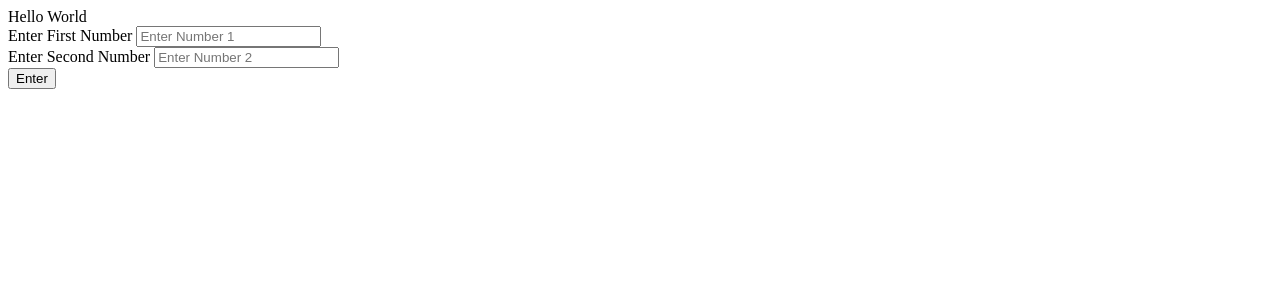
Repository: RashmitTopG/Servlet-and-JSP
Page: DemoApp/src/main/webapp/index.html
These files come from the project's save history. The page is drawn as it stood at one moment and after a run of saves; the edit follows.
The browser window is 1280 px wide. The pictures show the whole page.

Above is the page before, as saved 2025-12-23 16:23:41.

### DemoApp/src/main/webapp/index.html
<!DOCTYPE html>
<html>
<head>
<meta charset="UTF-8">
<title>Insert title here</title>
</head>
<body>
	<div>Hello World </div>
	<form action = "add">

	Enter First Number <input type = "text" placeholder = "Enter Number 1"><br>
	Enter Second Number <input type = "text" placeholder = "Enter Number 2"><br>
	<button type ="submit">Enter</button>
	</form>
</body>
</html>

After the next 2 saves:
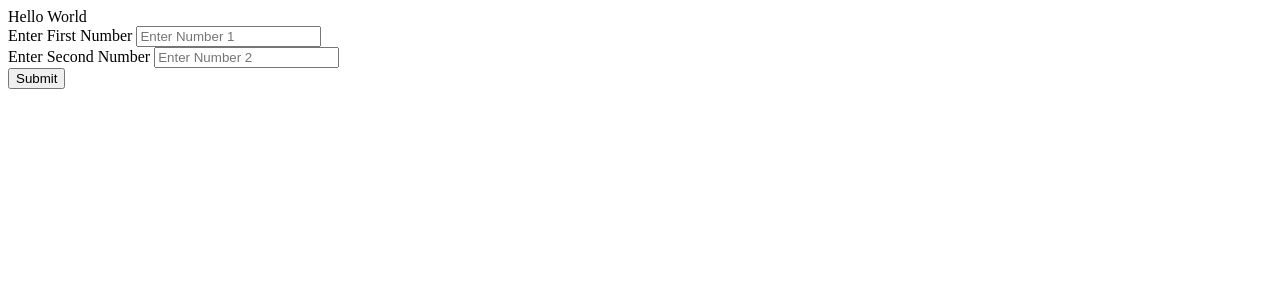
The 2 saves are shown as one change because they came seconds apart.
The last was saved 30 s later.
--- a/DemoApp/src/main/webapp/index.html
+++ b/DemoApp/src/main/webapp/index.html
@@ -10,7 +10,7 @@
 
 	Enter First Number <input type = "text" placeholder = "Enter Number 1"><br>
 	Enter Second Number <input type = "text" placeholder = "Enter Number 2"><br>
-	<button type ="submit">Enter</button>
+	<input type ="submit">
 	</form>
 </body>
 </html>
